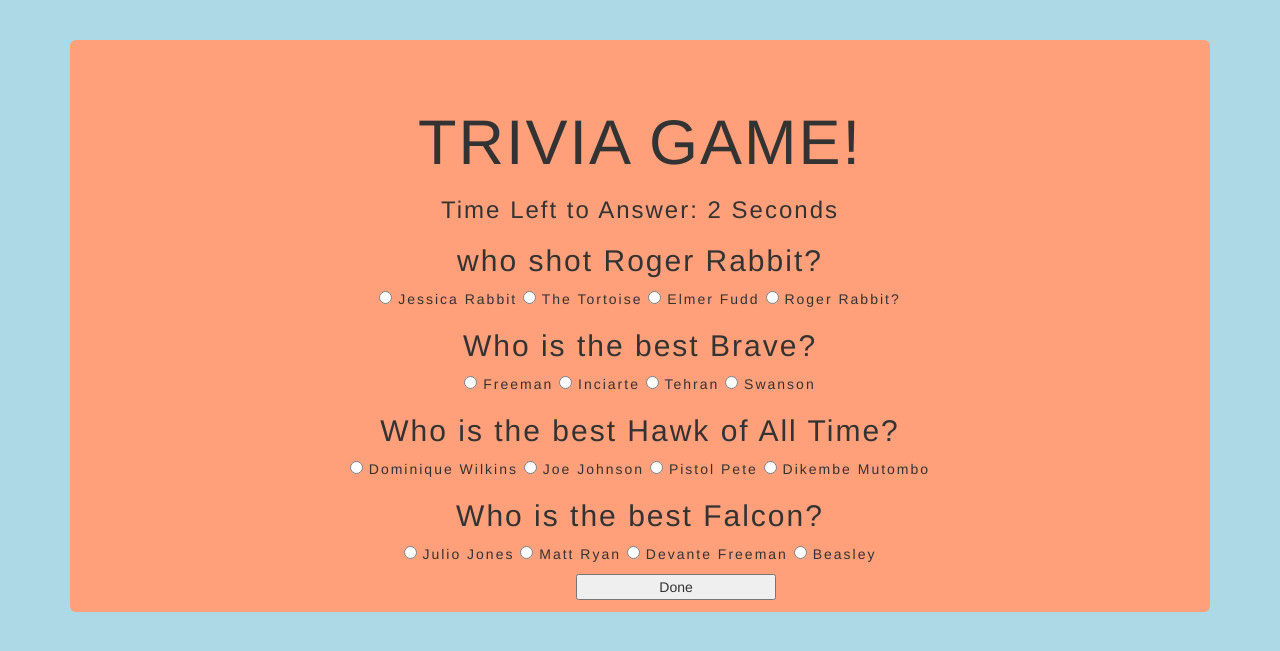
Repository: phiniezyc/TriviaGame
Page: index.html
The author's editor kept a copy of each file at every save. The page is drawn from the files as they stood at one save, then again after the next save.
The browser window is 1280 px wide. The pictures show the whole page.
After loading, the first visible `#startGameButton` was clicked once.
Some web libraries are served in a nearby version.

Above is the page before, as saved 2017-09-15 01:59:43.

### index.html
<!DOCTYPE html>
<html lang="">
<head>
    <meta charset="utf-8">
    <meta name="viewport" content="width=device-width, initial-scale=1.0">
    <title>Quiz Game</title>
    <link rel="stylesheet" href="https://maxcdn.bootstrapcdn.com/bootstrap/3.3.7/css/bootstrap.min.css">
    <link rel="stylesheet" href="assets/css/style.css">
</head>

<body>

<div class="container">
<div class="row">

</div>
</div>
<div class="container">
    <div class="jumbotron">
        <div>
            <h1 id="gameHeading">TRIVIA GAME!</h1>
        </div>
        <div id="questionSection">
            <button id="startGameButton">Start Game</button>
        </div>
    </div>
</div>



<script src="https://ajax.googleapis.com/ajax/libs/jquery/3.2.1/jquery.min.js"></script>
<script src="assets/javascript/app.js"></script>
</body>
</html>

### assets/css/style.css
body {
    background-color: lightblue;
}



button {
    /*margin-left: 45%;*/
    /*text-align: center;*/
    width: 200px;
    position: absolute;
    left: 45%;
}


.jumbotron {
    background-color: lightsalmon;
    margin-top: 40px;
    text-align: center;
    letter-spacing: 2px;
}

#gameHeading {
    text-align: center;
}


#doneButton {
    margin-top: 10px;
}

/*
.!*answerSections {

    height: 100px;
    border-style: solid;
    border-width: 5px;
    text-align: center;
    font-size: 35px;
    width: 75%;
    margin: 0 auto;
    padding-top: 15px;
} *!*/

### assets/javascript/app.js

$("#startGameButton").on("click", function () {
    trivaScoring.startTimer();
    /* $("#startGameButton").remove();
    for (var i = 0; i < questions.length; i++) {
        $("#questionSection").append("<h2>" + questions[i].question + "</h2>");
        for (var j = 0; j < questions[i].answers.length; j++) {
            $("#questionSection").append("<input type = 'radio' name= 'questionsToAsk" + i + " 'value' " + questions[i].answers[j] + "'>" + questions[i].answers[j])
        }
    }
    $("#questionSection").after("<button value = 'hello' id = 'doneButton'> Done"); */
});

var questions = [{
    question: " who shot Roger Rabbit? ",
    answers: [" Jessica Rabbit ", " The Tortoise ", " Elmer Fudd ", " Roger Rabbit? "],
    correctAnswer: " Jessica Rabbit "
}, {
    question: " Who is the best Brave? ",
    answers: [" Freeman ", " Inciarte ", " Tehran ", " Swanson "],
    correctAnswer: "Freeman"
}, {
    question: " Who is the best Hawk of All Time? ",
    answers: [" Dominique Wilkins ", " Joe Johnson ", " Pistol Pete ", " Dikembe Mutombo "],
    correctAnswer: " Dominique Wilkins "
}, {
    question: " Who is the best Falcon? ",
    answers: [" Julio Jones ", " Matt Ryan ", " Devante Freeman ", " Beasley "],
    correctAnswer: " Julio Jones "
}];


var trivaScoring = {
    correct: 0,
    incorrect: 0,
    counter: 3,
    timeLeft: function() {
        trivaScoring.counter--;
        $("#timeClock").html(trivaScoring.counter);
        console.log(trivaScoring.counter);
        if (trivaScoring.counter <= 0) {
            console.log("You're done!");
            trivaScoring.over();
        }
    },
    startTimer: function() {
        timer = setInterval(trivaScoring.timeLeft, 1000);
        $("#questionSection").prepend("<h3>Time Left to Answer: <span id = 'timeClock'>  </span> Seconds </h3>");
        $("#startGameButton").remove();
        for (var i = 0; i < questions.length; i++) {
            $("#questionSection").append("<h2>" + questions[i].question + "</h2>");
            for (var j = 0; j < questions[i].answers.length; j++) {
                $("#questionSection").append("<input type = 'radio' name= 'questionsToAsk" + i + " 'value' " + questions[i].answers[j] + "'>" + questions[i].answers[j])
            }
        }
        $("#questionSection").after("<button value = 'hello' id = 'doneButton'> Done");
    },

    over: function() {
        $.each($("input[name = 'question[0]': 'checked'"), function() {
            if($(this).val()===questions[0].correctAnswer) {
                game.correct++;
            }else {
                game.incorrect++;
            }
        });
        $.each($("input[name = 'question-1']: 'checked'"), function() {
            if($(this).val()===questions[1].correctAnswer) {
                game.correct++;
            }else {
                game.incorrect++;
            }
        });
        $.each($("input[name = 'question-2']: 'checked'"), function() {
            if($(this).val()===questions[2].correctAnswer) {
                game.correct++;
            }else {
                game.incorrect++;
            }
        });
        $.each($("input[name = 'question-3']: 'checked'"), function() {
            if($(this).val()===questions[3].correctAnswer) {
                game.correct++;
            }else {
                game.incorrect++;
            }
        });
        this.result();

    },
        result: function() {
            clearInterval(timer);
            $("#questionSection h3").remove();
            $("#questionSection").html("<h2> Results are In! </h2>");
            $("#questionSection").append("<h3>Correct Answers:' + trivaScoring.correct'</h3>");
            $("#questionSection").append("<h3>Incorrect Answers:' + trivaScoring.incorrect'</h3>");
            $("#questionSection").append("<h3>Unanswered Questions:'+ questions.length-(this.incorrect+this.correct))+'</h3>");

        }
};

After the next save:
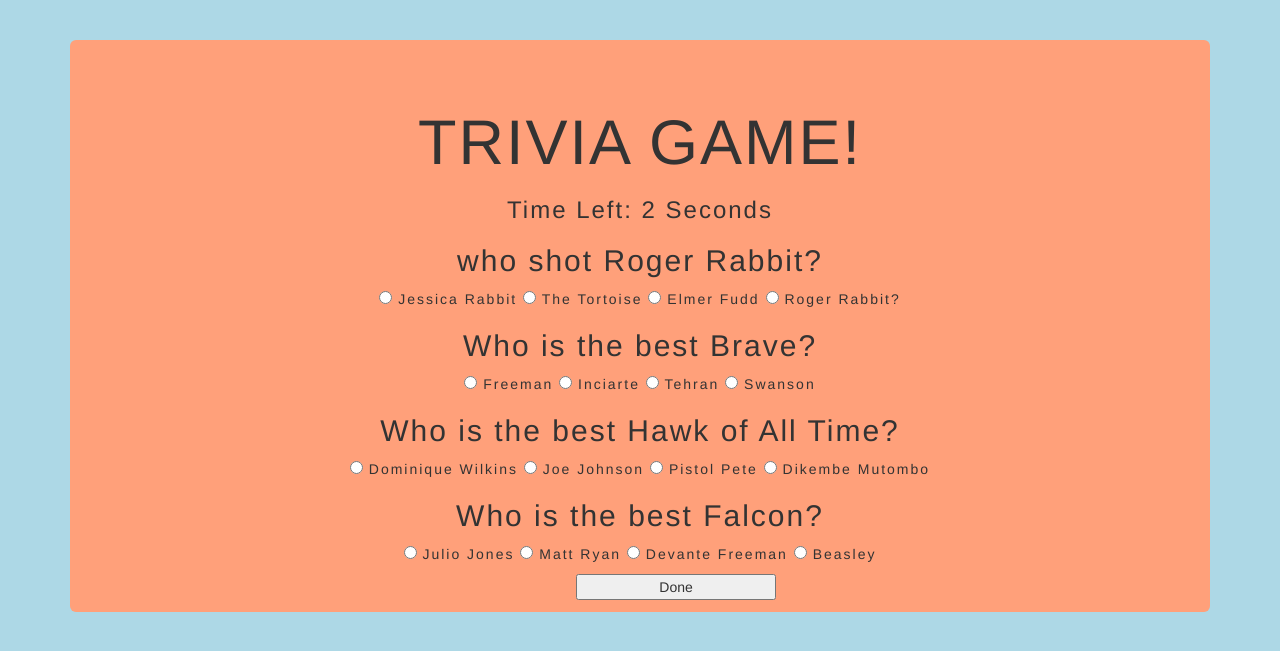
Saved 18 min 29 s later.
--- a/assets/javascript/app.js
+++ b/assets/javascript/app.js
@@ -45,7 +45,7 @@
     },
     startTimer: function() {
         timer = setInterval(trivaScoring.timeLeft, 1000);
-        $("#questionSection").prepend("<h3>Time Left to Answer: <span id = 'timeClock'>  </span> Seconds </h3>");
+        $("#questionSection").prepend("<h3>Time Left: <span id = 'timeClock'>  </span> Seconds </h3>");
         $("#startGameButton").remove();
         for (var i = 0; i < questions.length; i++) {
             $("#questionSection").append("<h2>" + questions[i].question + "</h2>");
